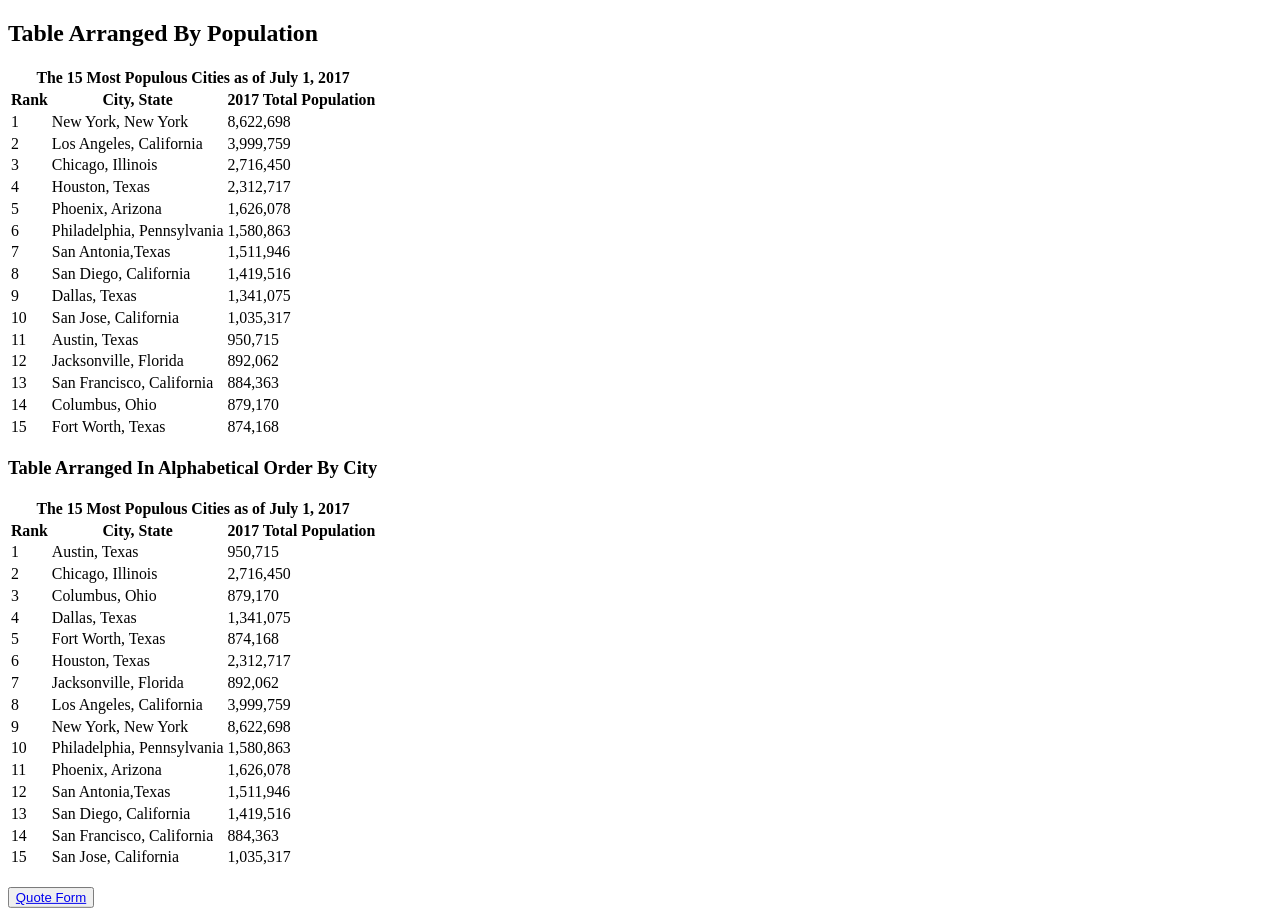
Repository: lilliebee/COSW30
Page: http://localhost/homework/homework3/population.php
The author's editor kept a record of every edit. The page is drawn from the files as they stood at one moment, then again after the next edit.
The browser window is 1280 px wide. The pictures show the whole page, at 99% of full size.
The page is run by PHP 8.4 with error messages shown; the project is at /var/www/html/.

Above is the page before.

### homework/homework3/population.php
<!doctype html>
<html>
    <head>
        <meta charset="utf-8">
        <title>The 15 Most Populous Cities</title>

    </head>

    <body>

        <h2>Table Arranged By Population</h2>

        <table>
        <thead>
            <tr>
                <th colspan="3">
                    The 15 Most Populous Cities as of July 1, 2017
                </th>

            </tr>
        </thead>

        <tr>
            <th>Rank</th>
            <th>City, State</th>
            <th>2017 Total Population</th>
        </tr>

        <tbody>



    <?php


        $cityStatePop = ["New York, New York" => "8,622,698",
        "Los Angeles, California" => "3,999,759",
        "Chicago, Illinois" => "2,716,450", "Houston, Texas" => "2,312,717",
        "Phoenix, Arizona" => "1,626,078", "Philadelphia, Pennsylvania" => "1,580,863",
        "San Antonia,Texas" => "1,511,946", "San Diego, California"=>"1,419,516",
        "Dallas, Texas" => "1,341,075", "San Jose, California" => "1,035,317",
        "Austin, Texas" => "950,715", "Jacksonville, Florida" => "892,062",
        "San Francisco, California" => "884,363", "Columbus, Ohio" => "879,170",
        "Fort Worth, Texas" => "874,168"];





        $i = 1;
        foreach($cityStatePop as $cityState => $pop) {
            echo "<tr><td>" . $i++ . "</td><td>$cityState</td><td>$pop</td></tr>\n";
        }




    ?>


          </tbody>
        </table>



     <!--second table in alphabetical order by city name-->
        <h3 class="tableHeadings">Table Arranged In Alphabetical Order By City</h3>
        <table class="popTable">
            <thead class="underlineText">
                <tr>
                    <th colspan="3">
                        The 15 Most Populous Cities as of July 1, 2017
                    </th>

                </tr>
            </thead>

            <tr>
                <th>Rank</th>
                <th>City, State</th>
                <th>2017 Total Population</th>
            </tr>

            <tbody>


    <?php


        ksort($cityStatePop);

        $j = 1;
        foreach($cityStatePop as $cityState => $pop) {
                echo "<tr><td>" . $j++ . "</td><td>$cityState</td><td>$pop</td></tr>\n";
            }

    ?>

            </tbody>
        </table>


        <br>

        <button><a href="quote.html">Quote Form</a></button>

    </div>
    </body>

</html>

After the next edit:
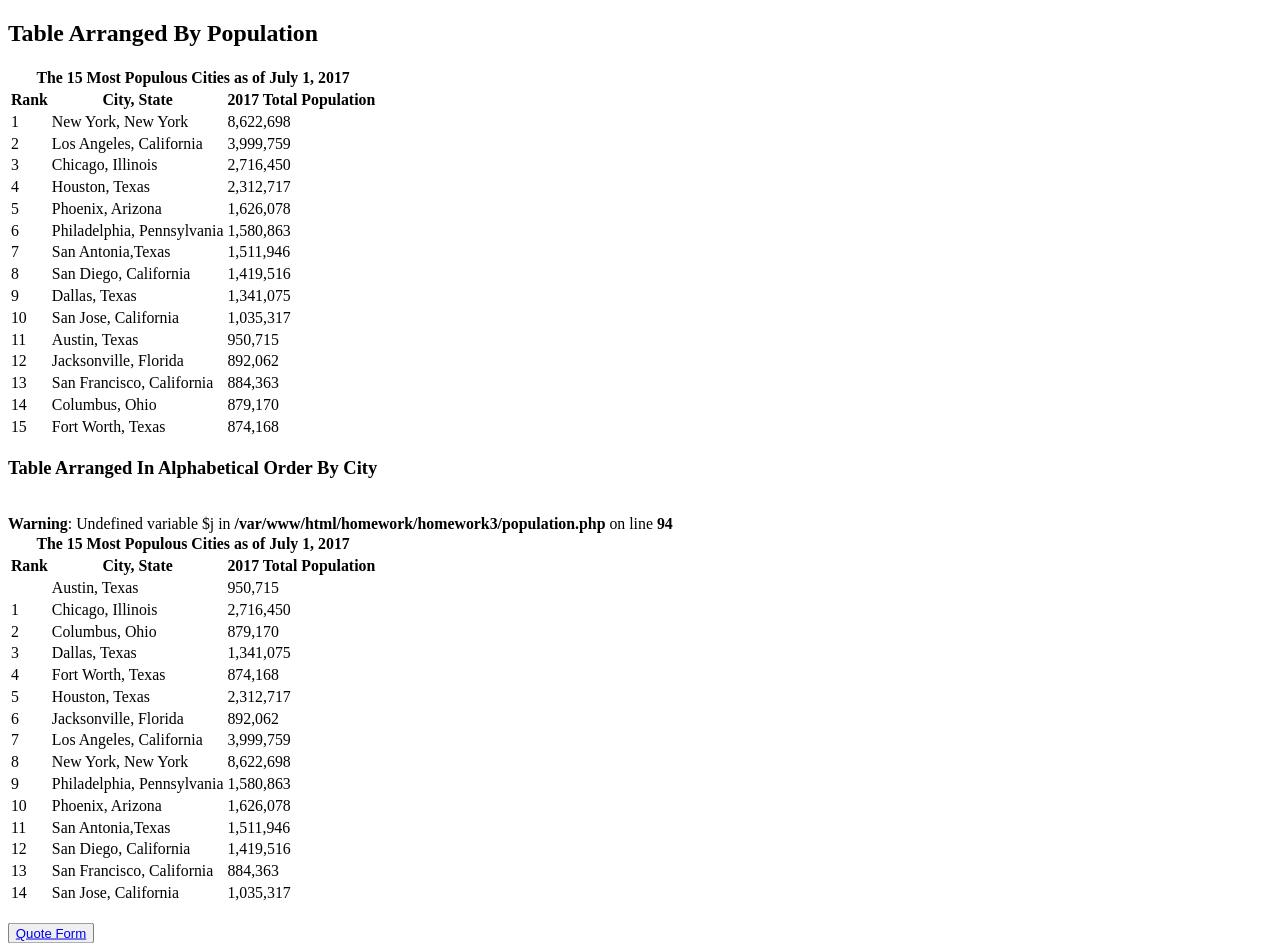
The edit:
--- a/homework/homework3/population.php
+++ b/homework/homework3/population.php
@@ -89,7 +89,7 @@
 
         ksort($cityStatePop);
 
-        $j = 1;
+        $k = 1;
         foreach($cityStatePop as $cityState => $pop) {
                 echo "<tr><td>" . $j++ . "</td><td>$cityState</td><td>$pop</td></tr>\n";
             }

After the edit that followed:
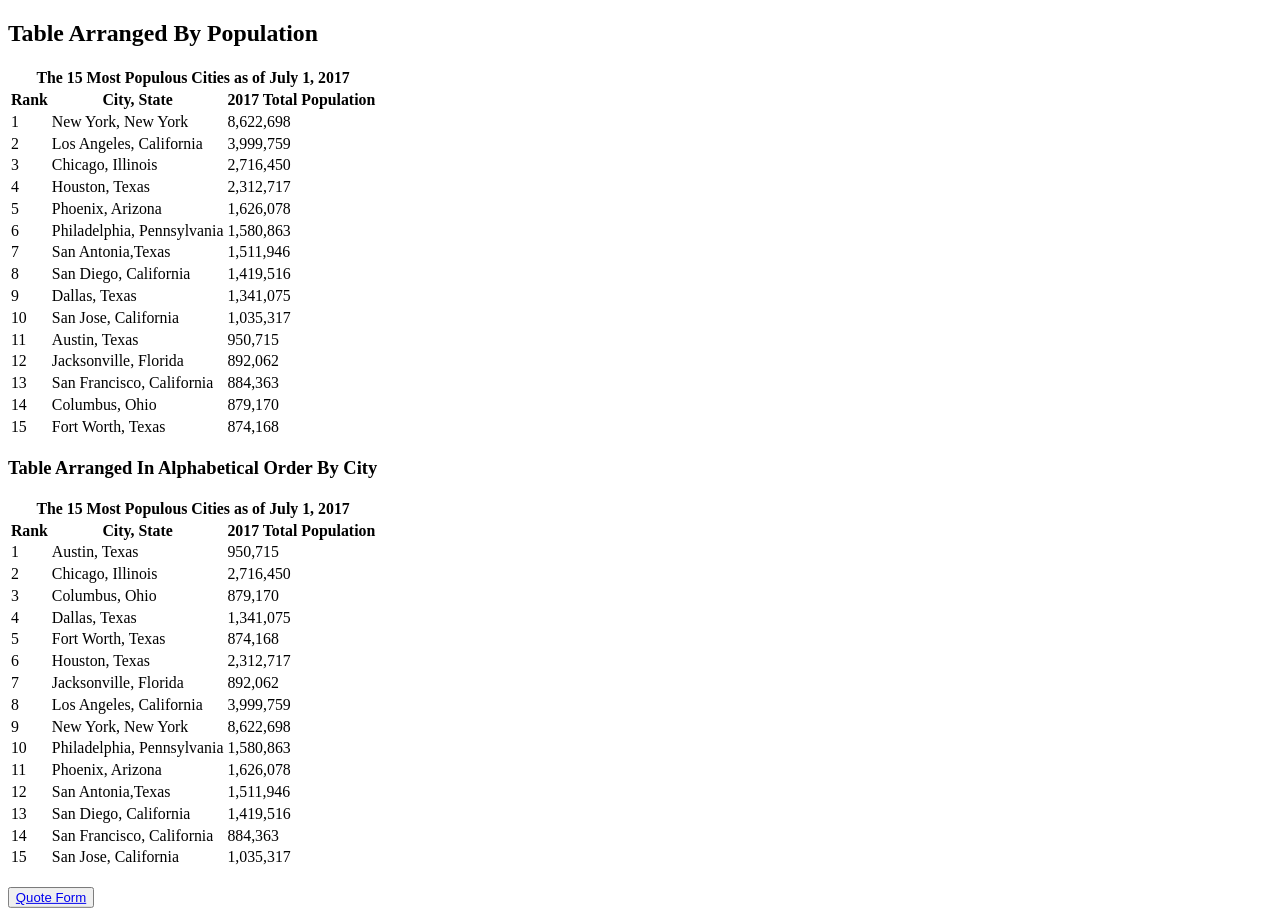
The edit:
--- a/homework/homework3/population.php
+++ b/homework/homework3/population.php
@@ -91,7 +91,7 @@
 
         $k = 1;
         foreach($cityStatePop as $cityState => $pop) {
-                echo "<tr><td>" . $j++ . "</td><td>$cityState</td><td>$pop</td></tr>\n";
+                echo "<tr><td>" . $k++ . "</td><td>$cityState</td><td>$pop</td></tr>\n";
             }
 
     ?>
